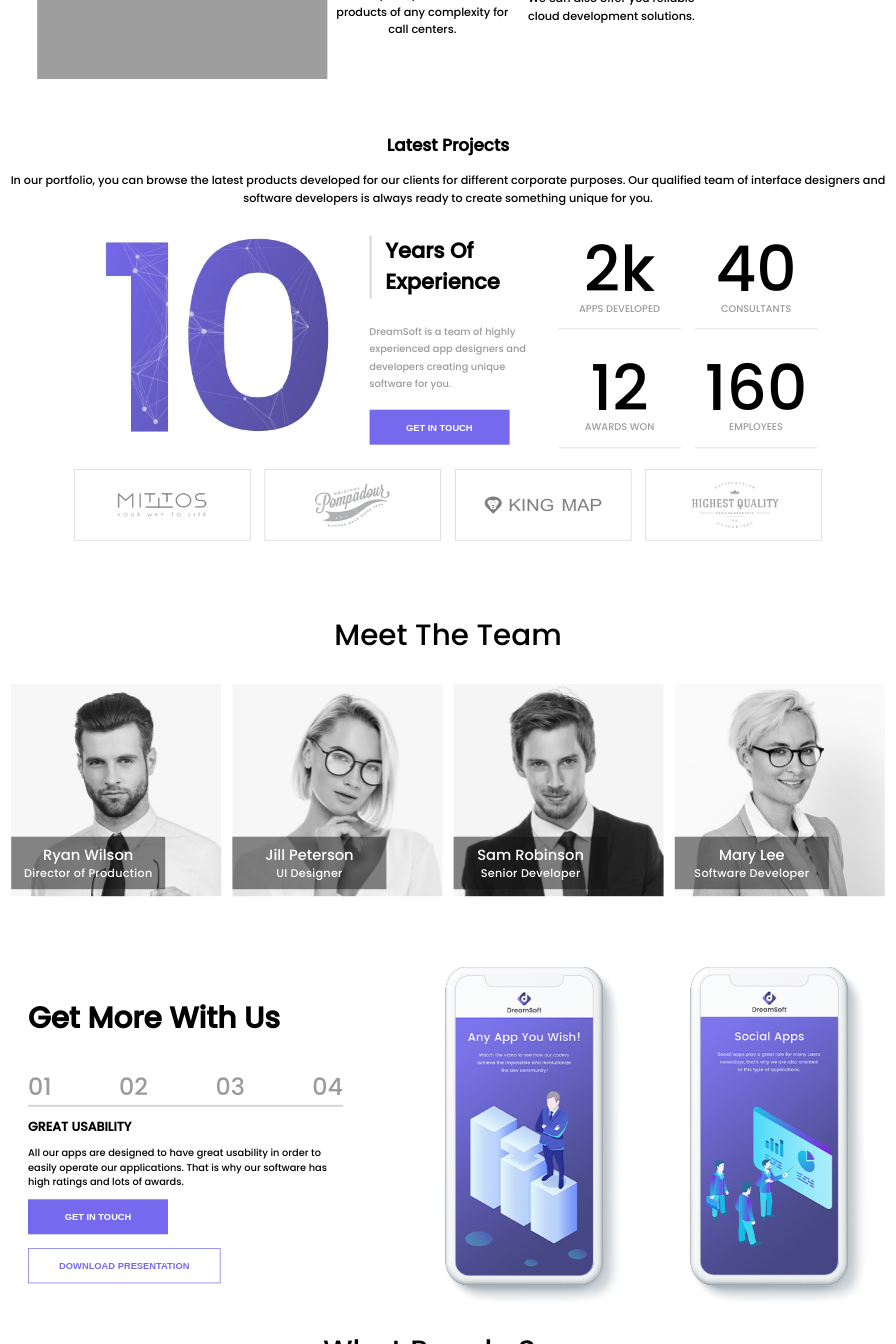
Repository: kkyler24/ladders-bootcamp-awesome
Page: index.html
The author's editor kept a copy of each file at every save. The page is drawn from the files as they stood at one save, then again after the next save.
The browser window is 1280 px wide. The pictures show the part of the page from y = 1226 to 3146 px (the page is 5931 px tall before and 6053 px after), at 70% of full size.
Pictures or frames that could not be fetched are drawn as grey boxes.

Above is the page before, as saved 2021-03-19 16:00:07.

### index.html
<!DOCTYPE html>
<html lang="en">
  <head>
    <meta charset="UTF-8" />
    <meta name="viewport" content="width=device-width, initial-scale=1.0" />
    <link rel="stylesheet" href="style.css" />
    <link rel="stylesheet" href="kstyle.css" />
    <link rel="preconnect" href="https://fonts.gstatic.com">
    <link href="https://fonts.googleapis.com/css2?family=Poppins:wght@500&display=swap" rel="stylesheet">
    <title>Demo</title>
  </head>
  <body>
    <header></header>
    <nav class="container-nav">
      <a class="logopic">
        <img src="./img/jumbotron/logo-default-191x52.png" alt="MCLA LOGO"   height="63.99" width="220">
      </a>
      <div class="nav-link">
      <ul>
        <li class=" list-inline">
          <a href="./index.html">Home</a>
        </li>
        <li class="nav-item active list-inline">
          <a href="./index.html">About Us</a>
        </li>
        <li class="nav-item active list-inline">
          <a href="./index.html">Gallery</a>
        </li>
        <li class="nav-item active list-inline">
          <a href="./index.html">Pricing</a>
        </li>
        <li class="nav-item active list-inline">
          <a href="./index.html">Blog</a>
        </li>
      </ul>
    </div>
      <!-- <button></button> -->

    </nav>
    <!-- jumbotron 3 slides -->
    <div id="jumbotron" class="carousel">
      <!-- <ul class ="carousel-indicators">
          <li data-target="#carouselExampleCaptions" data-slide-to="0" class="active"></li>
          <li data-target="#carouselExampleCaptions" data-slide-to="1"></li>
          <li data-target="#carouselExampleCaptions" data-slide-to="2"></li>
          <li data-target="#carouselExampleCaptions" data-slide-to="3"></li>
      </ul> -->
      <div class="container-jumbo">
          <div class="carousel-item">
              <img id="jumboimgOne"src="./img/jumbotron/jess-bailey-q10VITrVYUM-unsplash.jpg"  alt="..." />
              <div class="jumboheadline">
                <h2 class="jumbotext">Mobile App Development</h2><br>
                  <div id="indext">
                    <p class="jumboPara"> Since our establishment, we have delivering high-quality and sutainable <br> software solutions for corporate purpose of worldwide business.</p>
                  </div>

              </div>
          </div>
          <!-- <div class="carousel-item">
              <img src="Assets/diversity2gether.jpg" class="d-block w-100" alt="..." />
              <div class="carousel-caption d-none d-md-block">
                  <h5>We Celebrate diversity</h5>
              </div>
          </div>
          <div class="carousel-item">
              <img src="Assets/womensrights.jpg" class="d-block w-100" alt="..." />
              <div class="carousel-caption d-none d-md-block">
                  <h5> We charise our choices</h5>
              </div>
          </div>
          <div class="carousel-item">
              <img src="Assets/climate.jpg" class="d-block w-100" alt="..." />
              <div class="carousel-caption d-none d-md-block">
                  <h5> We protect whats ours</h5>
              </div> -->
          </div>
      </div>
  </div>
  <!-- <a class="carousel-control-prev" href="#carouselExampleCaptions" role="button" data-slide="prev">
      <span class="carousel-control-prev-icon" aria-hidden="true"></span>
      <span class="sr-only">Previous</span>
  </a>
  <a class="carousel-control-next" href="#carouselExampleCaptions" role="button" data-slide="next">
      <span class="carousel-control-next-icon" aria-hidden="true"></span>
      <span class="sr-only">Next</span>
  </a> -->
</div>

    </section>

    <section class="all-service-section">
      <!-- see all services -->
          <div class="all-services-img">
            <img src="https://ld-wt73.template-help.com/wt_prod-18959/images/index-1-415x592.jpg" alt="" width="415" height="592">
          </div>

          <div class="all-services-container">

              <div class="corporate-solutions-block">
                <h3 class="all-services-h3">See All Services</h3>
                <button class="all-services-button">All Services</button>
              </div>
              <div class="corporate-solutions-block">
                <img src="./img/icon-phone.PNG" alt="">
                <h4 class="services-title-h4">CORPORATE SOLUTIONS</h4>
                <p class="corporate-solutions-text">Need specific software for your company? We are ready to develop it!</p>
              </div>
              <div class="corporate-solutions-block">
                <img src="./img/icon-headset.PNG" alt="">
                <h4 class="services-title-h4">CALL CENTER SOLUTIONS</h4>
                <p class="corporate-solutions-text">Our experts provide custom products of any complexity for call centers.</p>
              </div>
              <div class="corporate-solutions-block">
                <img src="./img/icon-cloud-box.PNG" alt="">
                <h4 class="services-title-h4">CLOUD DEVELOPMENT</h4>
                <p class="corporate-solutions-text">We can also offer you reliable cloud development solutions.</p>
              </div>

          </div>
    </section>

    <section class="sectThree">
      <!-- latest Projects -->
      <div class="latestPro">
        <h1 id="latestPro"> Latest Projects</h1>
        <p>In our portfolio, you can browse the latest products developed for our clients for different corporate purposes. Our qualified team of interface designers and software developers is always ready to create something unique for you.</p>
        <div></div>

      </div>
    </section>

    <section class="achievements-section">
      <!-- achievements -->
      <figure>
      <img src="./img/10.jpg" alt="Animated number ten" height="300" />
      </figure>
      <div class="years-of-experience-container">
        <h1>Years Of Experience</h1>
        <p>
          DreamSoft is a team of highly experienced app designers and developers
          creating unique software for you.
        </p>
        <button class="get-in-touch-button">Get in touch</button>
      </div>
      <div class="achievements-numbers-container">
        <div class="achievements-numbers-block">
          <h2>2k</h2>
          <p>APPS DEVELOPED</p>
        </div>
        <div class="achievements-numbers-block">
          <h2>40</h2>
          <p>CONSULTANTS</p>
        </div>
        <div class="achievements-numbers-block">
          <h2>12</h2>
          <p>AWARDS WON</p>
        </div>
        <div class="achievements-numbers-block">
          <h2>160</h2>
          <p>EMPLOYEES</p>
        </div>
      </div>
      <div class="logo-links-container">
        <figure>
          <img src="./img/clients-9-270x117.png" alt="Mittos Logo" >
        </figure>
        <figure>
          <img src="./img/clients-10-270x117.png" alt="Pompadour Logo" >
        </figure>
        <figure>
          <img src="./img/clients-3-270x117.png" alt="King Map Logo" >
        </figure>
        <figure>
          <img src="./img/clients-11-270x117.png" alt="Highest Quality Logo" >
        </figure>
      </div>
    </section>

    <section class="meet-the-team-section">
      <!-- meet the team -->
      <h2 class="meet-the-team-h2">Meet The Team</h2>

      <div class="meet-the-team-main-container">

          <div class="meet-team-block">
            <img src="./img/ryan-wilson.jpg" alt="">

            <div class="meet-team-text-block">
              <h4 class="meet-the-team-h4">Ryan Wilson</h4>
              <p class="meet-the-team-p">Director of Production</p>
            </div>
          </div>
          <div class="meet-team-block">
            <img src="./img/jill-peterson.jpg" alt="">

            <div class='meet-team-text-block'>
              <h4 class="meet-the-team-h4">Jill Peterson</h4>
              <p class="meet-the-team-p">UI Designer</p>
            </div>
          </div>
          <div class="meet-team-block">
            <img src="./img/sam-robinson.jpg" alt="">

            <div class='meet-team-text-block'>
              <h4 class="meet-the-team-h4">Sam Robinson</h4>
              <p class="meet-the-team-p">Senior Developer</p>
            </div>
          </div>
          <div class="meet-team-block">
            <img src="./img/mary-lee.jpg" alt="">

            <div class='meet-team-text-block'>
              <h4 class="meet-the-team-h4">Mary Lee</h4>
              <p class="meet-the-team-p">Software Developer</p>
            </div>
          </div>

      </div>
    </section>

    <section class="get-more-with-us-section">
      <!-- Get more with us -->
      <section class="get-more-with-us">
        <h1>Get More With Us</h1>
        <div class="numbers">
          <p>01</p>
          <p>02</p>
          <p>03</p>
          <p>04</p>
        </div>
        <h2>GREAT USABILITY</h2>
        <p class="get-more-about-project">
          All our apps are designed to have great usability in
          order to easily operate our applications.
          That is why our software has high ratings and lots of awards.
        </p>
        <button class="get-in-touch-button">Get in touch</button>
        <button class="download-presentation-button">Download presentation</button>
      </section>
      <img src="img/index-4-261x484.png" alt="Screen with Any App You Wish">
      <img src="img/index-5-261x484.png" alt="Screen with Socia Apps">
    </section>

    <section class="what-people-say-section">
      <!-- What People Say -->
      <h2 class="what-people-say-h2">What People Say</h2>

      <div class="what-people-say-main-container">

        <div class="client-container">
          <img src="./img/catherine-wilson.jpg" alt="">
          <div class="client-title">
            <h4 class="client-name-h4">Catherine Williams</h4>
            <p>Regular client</p>
          </div>
          <div class="client-body">
            <p class="client-body-p">DreamSoft offers a high caliber of resources skilled
            in Microsoft Azure .NET, mobile and Quality Assurance. They
            became our true business partners over the past three years.</p>
          </div>
        </div>
        <div class="client-container">
          <img src="./img/rupert-woods.jpg" alt="">
          <div class="client-title">
            <h4 class="client-name-h4">Rupert Wood</h4>
            <p>Regular client</p>
          </div>
          <div class="client-body">
            <p class="client-body-p">DreamSoft powered us with a competent team to develop
            products for banking services. The team has been delivering
            results within budget and time, which is amazing.</p>
          </div>
        </div>
        <div class="client-container">
          <img src="./img/samantha-brown.jpg" alt="">
          <div class="client-title">
            <h4 class="client-name-h4">Samantha Brown</h4>
            <p>Regular client</p>
          </div>
          <div class="client-body">
            <p class="client-body-p">DreamSoft is a highly skilled and uniquely capable
            firm with multitudes of talent on-board. We have
            results within budget and time, which is amazing.
            collaborated on a number of diverse projects that
            have been a great success.</p>
          </div>
        </div>

      </div>

    </section>

    <section class="latest-blog-posts-section">
      <h2 class="what-people-say-h2">Latest Blog Posts</h2>
      <div class="posts-container">
        <div class="post-block">
          <figure>
          <img class="post-cover" src="img/post-10-370x307.jpg">
          <img class="post-date-label" src="img/label.svg">
          <p class="post-label-date">07/04</p>
          </figure>
          <h4 class="block-post-h4">Benefits Of Async/Await</h4>
            <p class="blog-post-p">
            Asynchronous functions are a good and bad thing in JavaScript.
            The good side is that asynchronous functions are non-blocking and…
            </p>
        </div>
        <div class="post-block">
          <figure>
          <img class="post-cover" src="img/post-11-370x307.jpg">
          <img class="post-date-label" src="img/label.svg">
          <p class="post-label-date">07/17</p>
          </figure>
          <h4 class="block-post-h4">Key Considerations Of IPaaS</h4>
            <p class="blog-post-p">
              Digital transformation requires cloud appropriate adoption,
              legacy IT systems modernization, and Agile-based methodologies for faster…
            </p>
        </div>
        <div class="post-block">
          <figure>
          <img class="post-cover" src="img/post-12-370x307.jpg">
          <img class="post-date-label" src="img/label.svg">
          <p class="post-label-date">07/22</p>
          </figure>
          <h4 class="block-post-h4">Hibernate Query Language</h4>
            <p class="blog-post-p">
              In this tutorial, we will discuss the
              Hibernate Query Language. HQL is an object-oriented query language.
              Hibernate Query...
            </p>
        </div>
      </div>
    </section>

    <footer>
      <!-- contacts and info -->
      <section class="footer-contacts">
        <img src="img/logo-inverse-191x52.png" alt="DreamSoft Logo">
        <p class="about-company">
          Our company has been developing high-quality and reliable software
          for corporate needs since 2008. We are renowned professionals of
          software development.</p>
        <div class="address-block-container">
          <div class="one-contact-block">
            <h2>ADDRESS</h2>
            <p>4730 Crystal Springs Dr, Los Angeles, CA 90027</p>
          </div>
          <div class="one-contact-block">
            <h2>PHONES</h2>
            <p>
              <span class="changing-color">+1 323-913-4688</span>
              <span>,</span>
              <span class="changing-color">+1 323-888-4554</span>
            </p>
          </div>
          <div class="one-contact-block">
            <h2>E-MAILS</h2>
            <p>
              <span>info@demolink.org</span>
              <span>,</span>
              <span>mail@demolink.org</span>
            </p>
          </div>
          <div class="social-media-links-container">
            <img src="img/iconfinder_Circled_Facebook.svg" alt="Facebook Icon">
            <img src="img/iconfinder_Circled_Instagram.svg" alt="Facebook Icon">
            <img src="img/iconfinder_Circled_Linkedin.svg" alt="Facebook Icon">
            <img src="img/iconfinder_Circled_Twitter.svg" alt="Facebook Icon">
          </div>
        </div>
      </section>
      <form class="contact-form">
        <h1>Questions? Contact Us</h1>
        <input class="input-field-1" type="text" id="name" name="name" placeholder="Name"><br>
        <input class="input-field-1" type="text" id="email" name="email" placeholder="Email"><br>
        <input class="input-field-2" type="text" id="message" name="message" placeholder="Message"><br>
        <button class="send-message-button">Send message</button>
      </form>
      <section class="what-we-offer">
        <h1>What We Offer</h1>
        <div class="what-we-offer-container">
            <figure class="what-we-offer-item">
              <p>DB Management</p>
              <figure class="triangle"></figure>
            </figure>
            <figure class="what-we-offer-item">
              <p>IOS/MacOS</p>
              <figure class="triangle"></figure>
            </figure>
            <figure class="what-we-offer-item">
              <p>Android Apps</p>
              <figure class="triangle"></figure>
            </figure>
            <figure class="what-we-offer-item">
              <p>Windows Apps</p>
              <figure class="triangle"></figure>
            </figure>
            <figure class="what-we-offer-item">
              <p>UX/UI Apps</p>
              <figure class="triangle"></figure>
          </figure>
        </div>
        </section>
      </footer>
  </body>
</html>

### kstyle.css
/* Navbar git  */
.container-nav {
  display: flex;
}

.list-inline {
  display: inline;
  list-style-type: none;
  padding-right: 10px;
  font-family: Georgia, "Times New Roman", Times, serif;
}

a.logopic {
  flex-flow: row;
  flex-grow: 3;
}

ul.li.a {
  font-family: "Poppins", sans-serif;
  font-weight: 500;
  color: black;
}

/* Jumbotron */
.jumboPara {
  text-align: center;
}

.jumbotron .container-jumbo {
  max-width: 100%;
  background-color: #222;
}

#jumbotron {
  padding: 30px 0px 30px 0px;
  max-width: 100%;
  background-color: transparent;
  overflow: hidden;
}

.container-jumbo {
  display: flex;
  width: 100%;
  margin: 0 auto;
  height: 561px;
}

.jumbotext {
  text-align: center;
  color: rgb(2, 2, 2);
  font-family: "Raleway", Helvetica, Arial, sans-serif;
  font-weight: 600;
  text-transform: uppercase;
}

.jumboheadline {
  display: flex;
  flex-direction: column;
  height: 506px;
  justify-content: flex-end;
}

#jumboimgOne {
  z-index: 0;
  position: absolute;
  display: flex;
  /* flex-grow: 1; */
  width: 100%;
  overflow-x: hidden;
}

.carousel-item {
  text-align: center;
  width: 100%;
}

.carousel-item,
.jumbotext,
#indext {
  position: relative;
  z-index: 2;
}

/* latest Section */

.sectThree{
  display: flex;
  font-family: "Poppins", sans-serif;
  text-align: center;
}

#latestPara{
 font-size: xx-large;
}

Loaded but not shown: style.css (628 lines, source omitted)

After the next save:
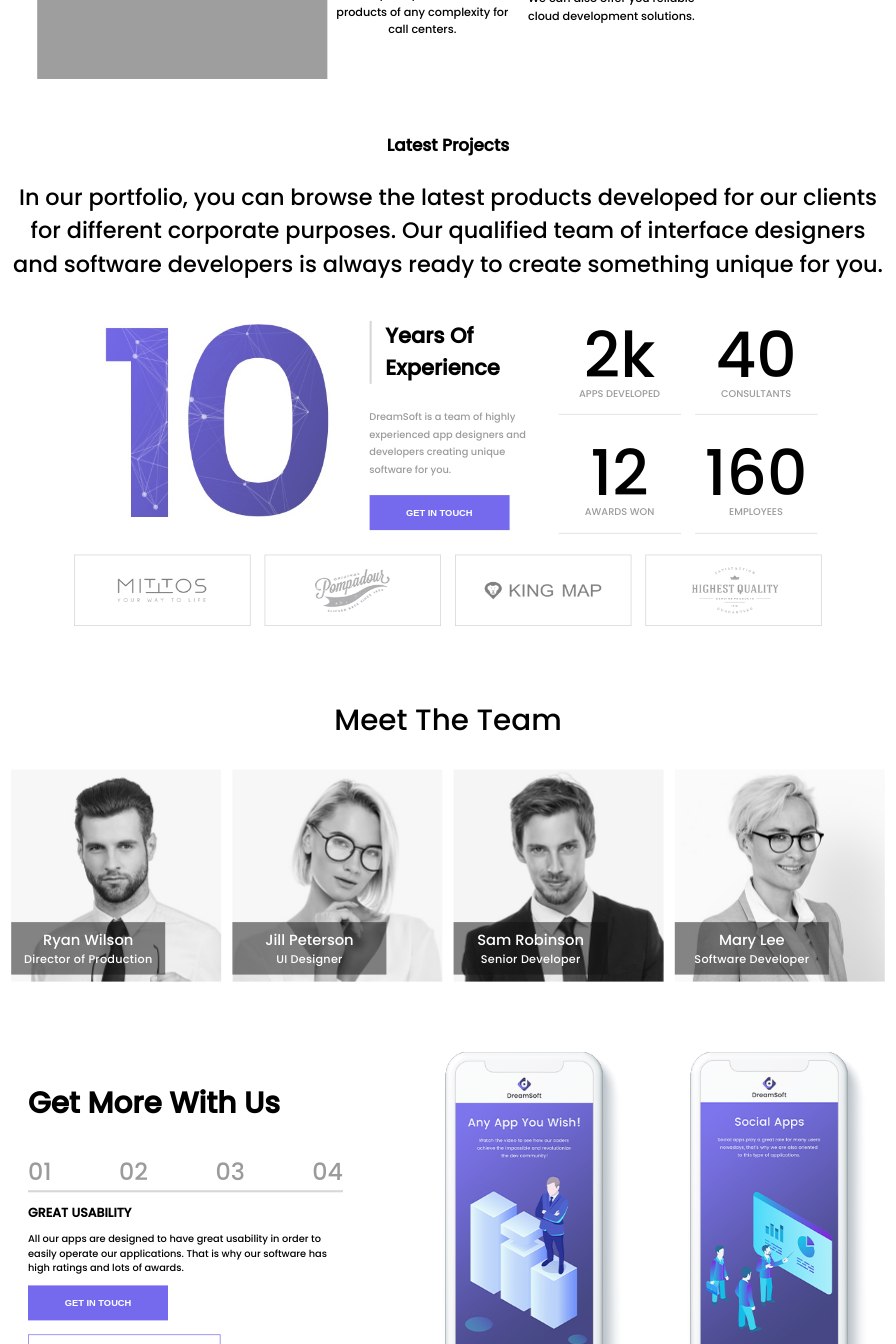
Saved 4 s later.
--- a/index.html
+++ b/index.html
@@ -123,7 +123,7 @@
       <!-- latest Projects -->
       <div class="latestPro">
         <h1 id="latestPro"> Latest Projects</h1>
-        <p>In our portfolio, you can browse the latest products developed for our clients for different corporate purposes. Our qualified team of interface designers and software developers is always ready to create something unique for you.</p>
+        <p id="latestPara">In our portfolio, you can browse the latest products developed for our clients for different corporate purposes. Our qualified team of interface designers and software developers is always ready to create something unique for you.</p>
         <div></div>
 
       </div>

After the save that followed:
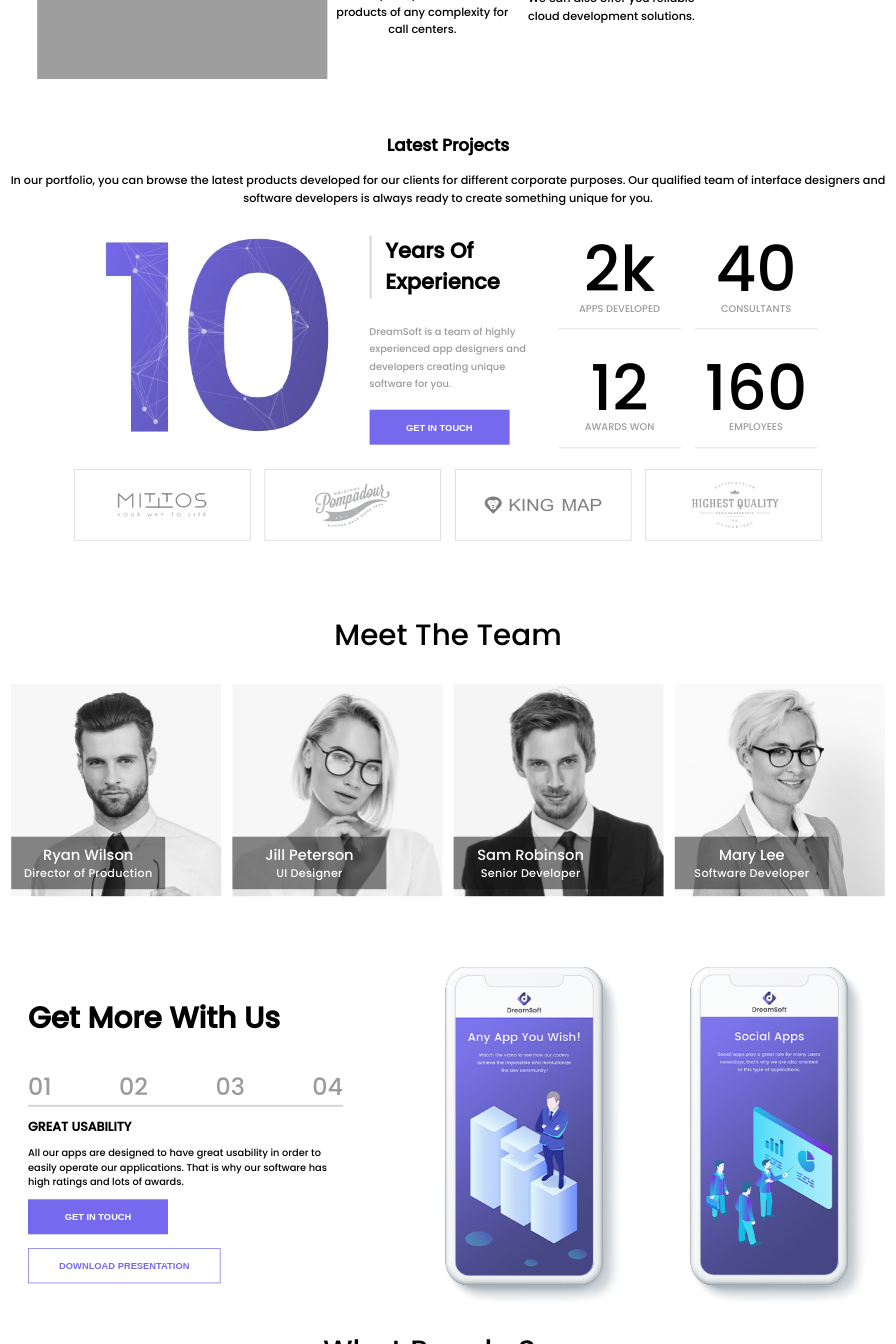
Saved 12 s later.
--- a/kstyle.css
+++ b/kstyle.css
@@ -90,5 +90,5 @@ ul.li.a {
 }
 
 #latestPara{
- font-size: xx-large;
+ font-size: 16px;
 }
